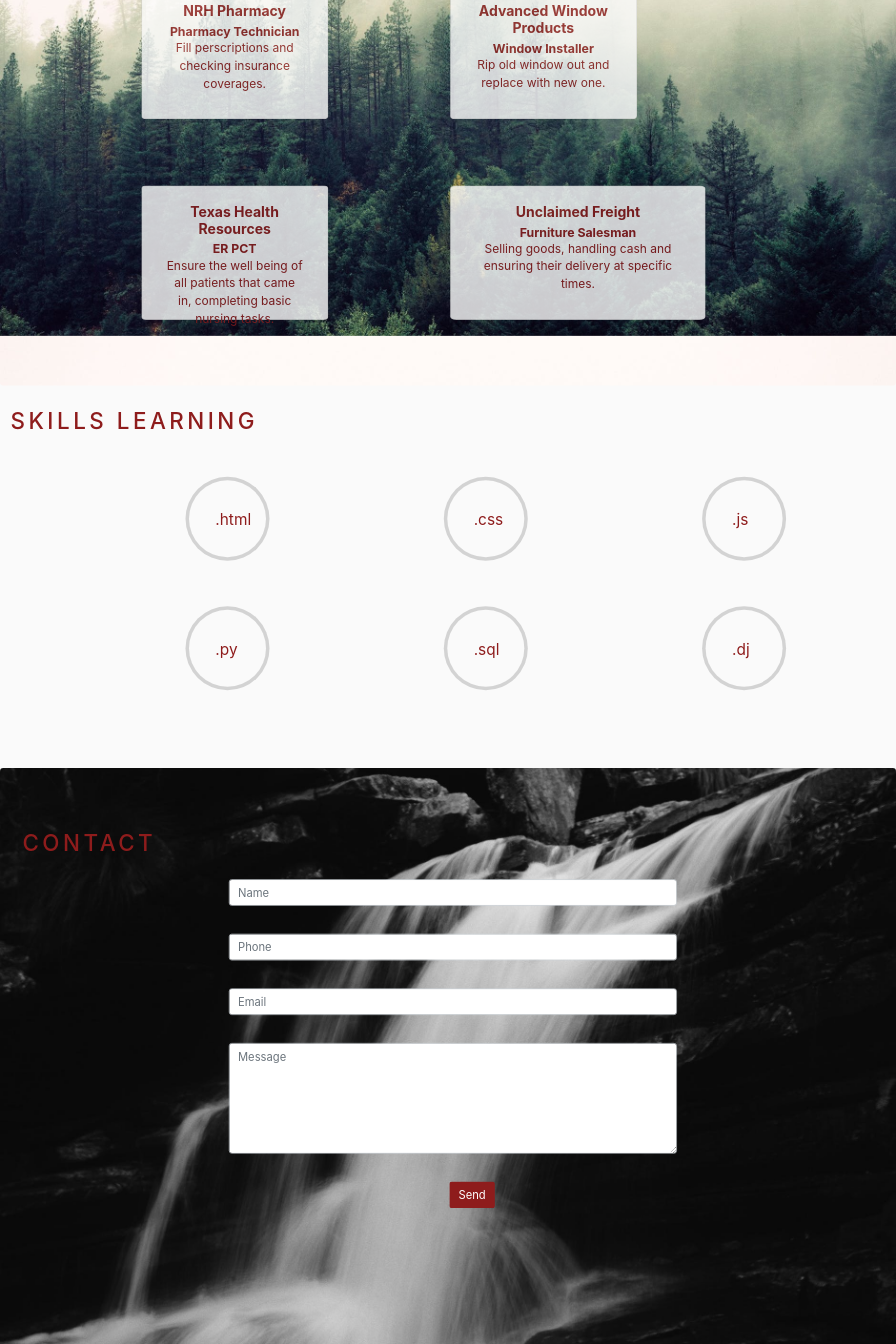
Repository: sshields9591/user-centric-project
Page: index.html
The author's editor kept a record of every edit. The page is drawn from the files as they stood at one moment, then again after the next edit.
The browser window is 1280 px wide. The pictures show the part of the page from y = 1560 to 3480 px (the page is 3572 px tall before and 3962 px after), at 70% of full size.
Backgrounds fixed to the window are drawn as part of the page. Some web libraries are served in a nearby version.

Above is the page before.

After the next edit:
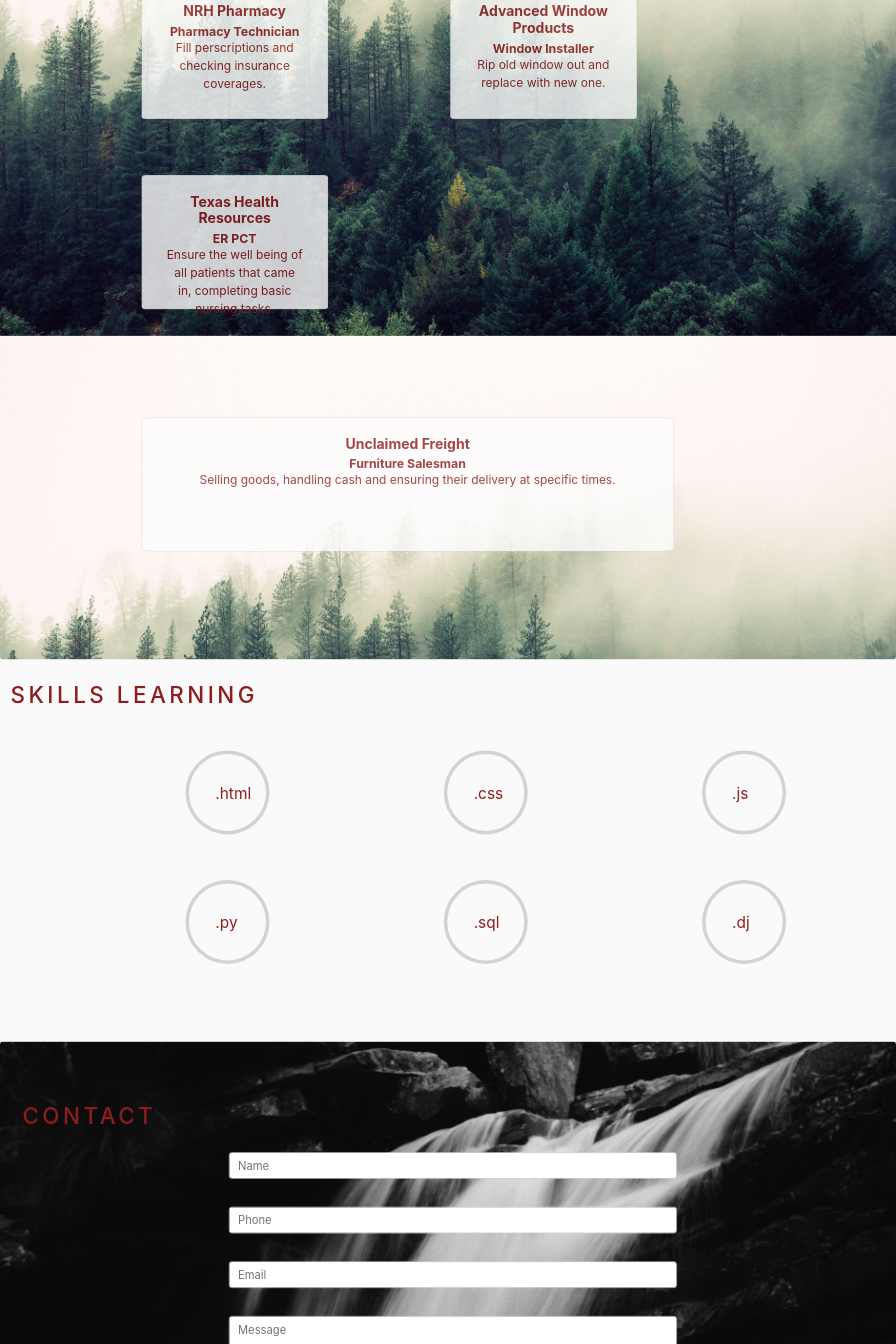
The edit:
--- a/index.html
+++ b/index.html
@@ -130,7 +130,7 @@
                     </div>
                 </div>
             </div>
-            <div class="col col-md-4 project-cards">
+            <div class="col col-md-8 project-cards">
                 <div class="card">
                     <div class="card-body">
                         <h5 class="card-title">Unclaimed Freight</h5>
